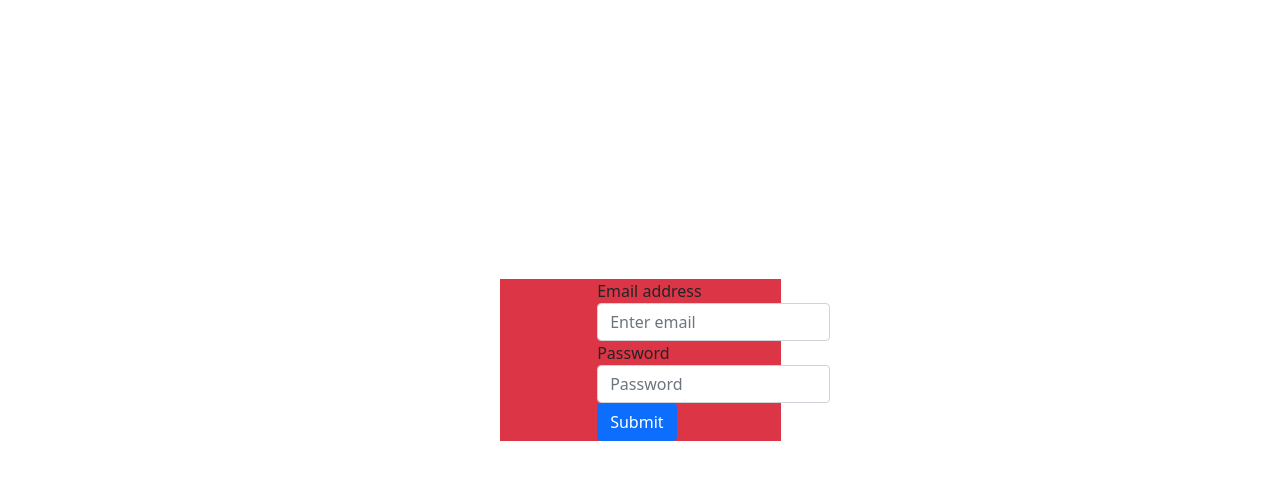
Repository: mariamkhaledsapra/E-Commerce-main
Page: /login
An editor plug-in stored every save of this project. The page is shown before and after a run of saves, followed by the edit.
The browser window is 1280 px wide. The pictures show the whole page.
The project was rebuilt for these pictures with package versions that can differ from the ones it lists, and the page was loaded fresh each time. Also part of the build but not shown: src/App.css, src/components/Navbar.jsx, src/App.js.

Above is the page before, as saved 2024-02-13 21:55:50.

### public/index.html
<!DOCTYPE html>
<html lang="en">
  <head>
    <meta charset="utf-8" />
    <link rel="icon" href="%PUBLIC_URL%/favicon.ico" />
    <meta name="viewport" content="width=device-width, initial-scale=1" />
    <meta name="theme-color" content="#000000" />
    <meta
      name="description"
      content="Web site created using create-react-app"
    />
    <link href="https://cdn.jsdelivr.net/npm/bootstrap@5.1.3/dist/css/bootstrap.min.css" rel="stylesheet" integrity="sha384-1BmE4kWBq78iYhFldvKuhfTAU6auU8tT94WrHftjDbrCEXSU1oBoqyl2QvZ6jIW3" crossorigin="anonymous">

    <title>React App</title>
  </head>
  <body>
    <div id="root"></div>
  </body>
</html>

### src/index.js
import React from "react";
import ReactDOM from "react-dom/client";
import "./index.css";
import App from "./App";
import reportWebVitals from "./reportWebVitals";
import { createBrowserRouter, RouterProvider } from "react-router-dom";
import Login from "./components/Login";
import Navbar from "./components/Navbar";

const Routes = createBrowserRouter([
  {
    path: "/",
    element: <App />,
  },
  {
    path: "/login",
    element: <Login />,
  },
]);

const root = ReactDOM.createRoot(document.getElementById("root"));
root.render(
  <RouterProvider router={Routes}>
    <App />
  </RouterProvider>
);

reportWebVitals();

### src/index.css
body {

  display: flex;

  justify-content: center;

  align-items: center;

  height: 100vh;

  margin: 0;

}
.login {
  position: absolute;
  top: 50%;
  left: 50%;
  width: 100%;
  transform: translate(-50%, -50%);
  -webkit-transform: translate(-50%, -50%);
  -moz-transform: translate(-50%, -50%);
  -ms-transform: translate(-50%, -50%);
  -o-transform: translate(-50%, -50%);
}

### src/components/Login.jsx
import React from "react";

const Login = () => {
  return (
    <div class="container bg-danger">
      <div class="row w-100">
        <div class="col-md-4 w-100 offset-md-4">
          <div class="login-form">
            <form>
              <div class="form-group">
                <label for="email">Email address</label>

                <input
                  type="email"
                  class="form-control"
                  id="email"
                  placeholder="Enter email"
                />
              </div>

              <div class="form-group">
                <label for="password">Password</label>

                <input
                  type="password"
                  class="form-control"
                  id="password"
                  placeholder="Password"
                />
              </div>

              <button type="submit" class="btn btn-primary">
                Submit
              </button>
            </form>
          </div>
        </div>
      </div>
    </div>
  );
};

export default Login;

Loaded but not shown: src/reportWebVitals.js (common file)

After the next 2 saves:
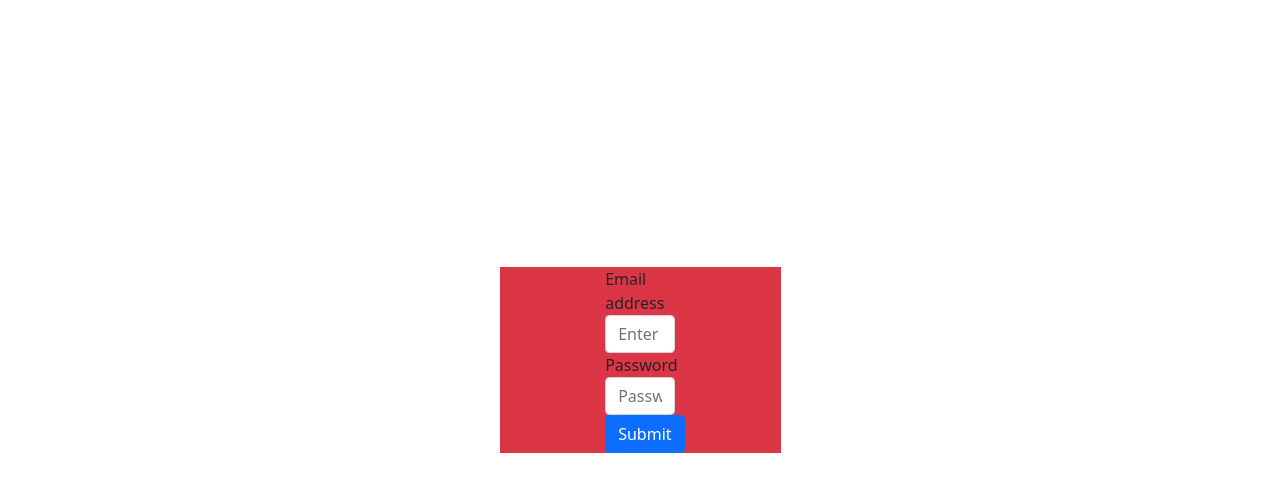
The 2 saves are shown as one change because they came seconds apart.
The last was saved 6 s later.
--- a/src/components/Login.jsx
+++ b/src/components/Login.jsx
@@ -3,8 +3,8 @@ import React from "react";
 const Login = () => {
   return (
     <div class="container bg-danger">
-      <div class="row w-100">
-        <div class="col-md-4 w-100 offset-md-4">
+      <div class="row">
+        <div class="col-md-4 offset-md-4">
           <div class="login-form">
             <form>
               <div class="form-group">
